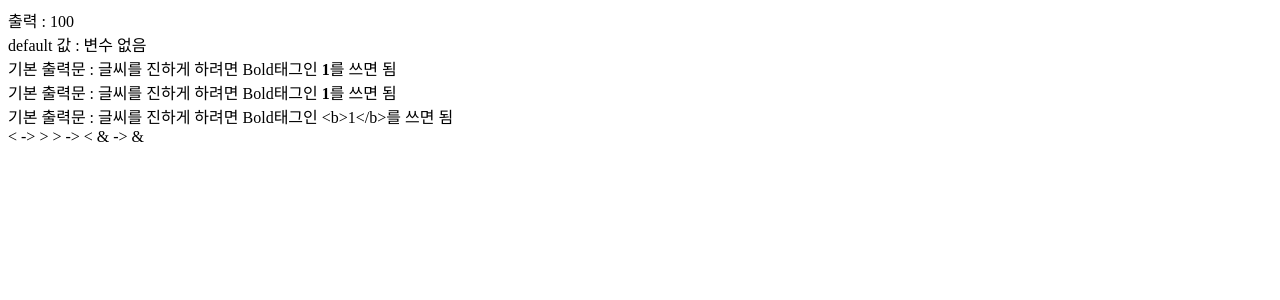
Repository: ajtwls1256/Web-workspace
Page: http://localhost/Day55-jspTag/JSTL/jsp_JSTL_Basic4.jsp
These files come from the project's save history. The page is drawn as it stood at one moment and after the next save; the edit follows.
The browser window is 1280 px wide. The pictures show the whole page.
The page is served by Tomcat 9. The template is opened directly, without the code that normally fills it, so the values that code supplies are empty.

Above is the page before, as saved 2019-10-14 05:04:03.

After the next save:
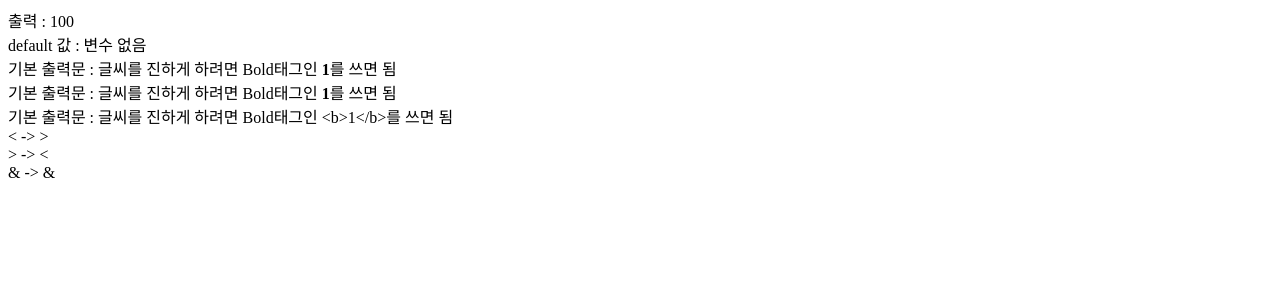
Saved 20 s later.
--- a/Day55-jspTag/WebContent/JSTL/jsp_JSTL_Basic4.jsp
+++ b/Day55-jspTag/WebContent/JSTL/jsp_JSTL_Basic4.jsp
@@ -13,8 +13,8 @@
 	기본 출력문 : 글씨를 진하게 하려면 Bold태그인 <b>1</b>를 쓰면 됨<br>
 	기본 출력문 : <c:out value="글씨를 진하게 하려면 Bold태그인 <b>1</b>를 쓰면 됨" escapeXml="false"/><br>
 	기본 출력문 : <c:out value="글씨를 진하게 하려면 Bold태그인 <b>1</b>를 쓰면 됨" escapeXml="true"/> <br>
-	< -> &gt;
-	> -> &lt;
-	& -> &amp;
+	< -> &gt;	<br>
+	> -> &lt;	<br>
+	& -> &amp;	<br>
 </body>
 </html>
